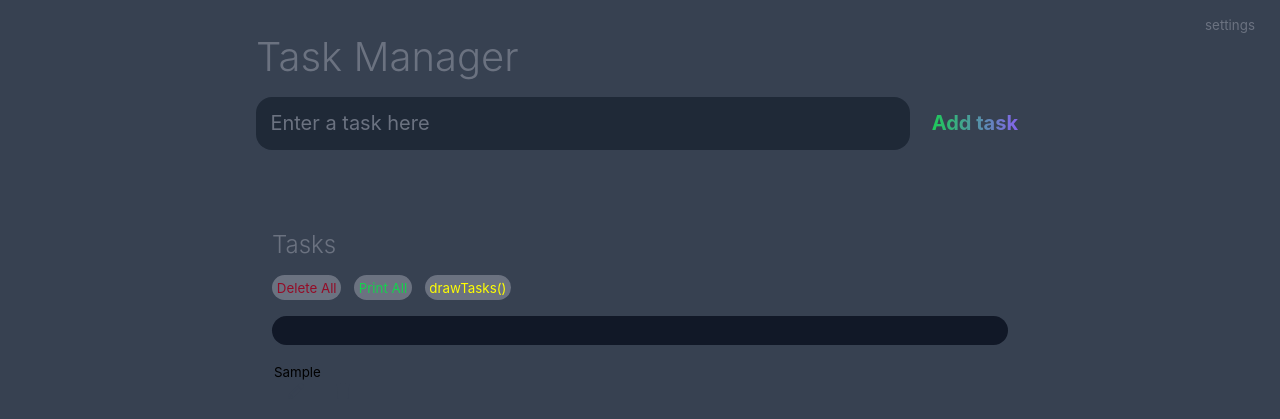
Repository: Herschenglime/todo-list-exercise
Page: index.html
These files come from the project's save history. The page is drawn as it stood at one moment and after a run of saves; the edit follows.
The browser window is 1280 px wide. The pictures show the whole page.
Empty fields were first filled with sample values (such as "Sample", 5 or name@example.com).
After loading, the first visible `#new-task-form` was submitted once.
Some web libraries are served in a nearby version.

Above is the page before, as saved 2022-04-20 02:21:54.

After the next 4 saves:
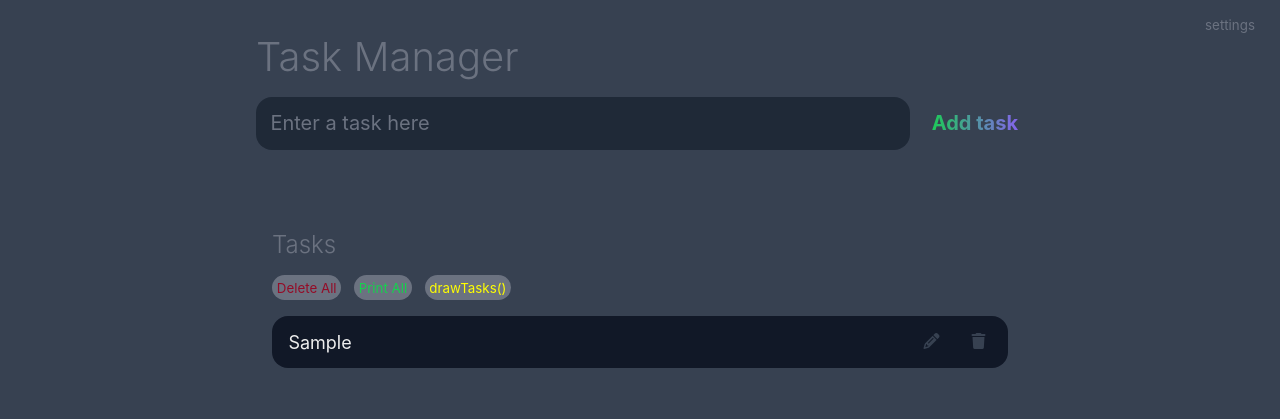
The 4 saves are shown as one change because they came seconds apart.
The last was saved 49 s later.
--- a/app.js
+++ b/app.js
@@ -147,8 +147,8 @@ window.addEventListener('load', () => {
 
                 // creates tasks
                 const task_el = document.createElement("div");
-                task_el.innerHTML = '<div class="task" id="test"></div>'
-                // task_el.classList.add("task");
+                // task_el.innerHTML = '<div class="task" id="test"></div>'
+                task_el.classList.add("task");
 
                 const task_content_el = document.createElement("div");
                 task_content_el.classList.add("content");
